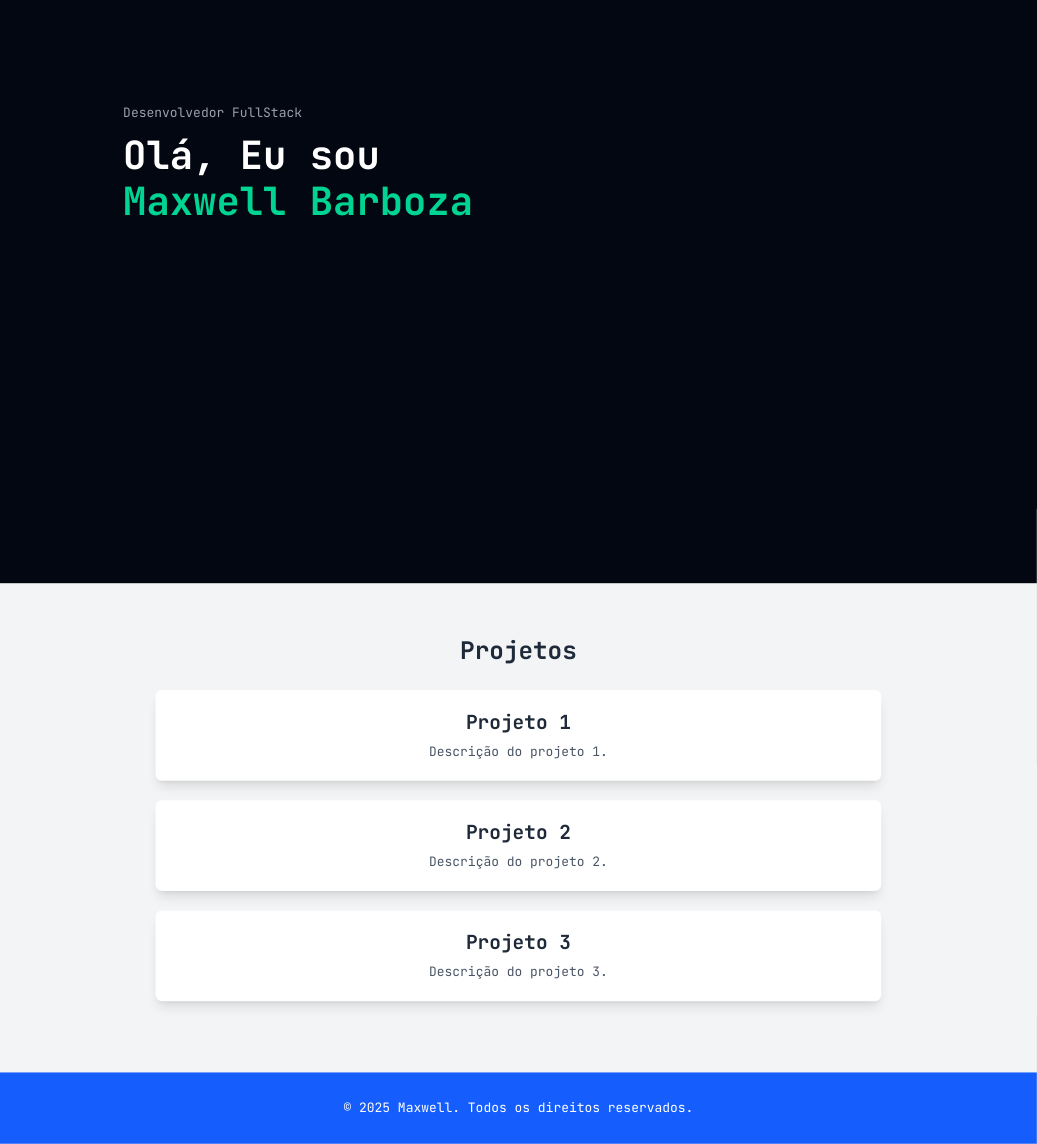
Repository: maxwelllbarboza/pagina-pessoal
Page: /
These files come from the project's save history. The page is drawn as it stood at one moment and after the next save; the edit follows.
The browser window is 1280 px wide. The pictures show the whole page, at 81% of full size.
The project was rebuilt for these pictures with package versions that can differ from the ones it lists, and the page was loaded fresh each time. The framework's server and built-in components were replaced by stand-ins that run in the browser. Also part of the build but not shown: next.config.mjs, next.config.ts.

Above is the page before, as saved 2025-02-27 11:08:26.

### src/app/layout.tsx
import * as React from 'react';
import {JetBrains_Mono} from "next/font/google"
import './globals.css'

const jetBrainsMono = JetBrains_Mono({
  subsets: ["latin"],
  weight: ["400", "700"],
  variable: "--font-jetbrains-mono"
})

export default function RootLayout({
  children,
}: Readonly<{
  children: React.ReactNode;
}>) {
  return (
    <html lang="en">
      <body className={jetBrainsMono.className}>
        <main className="min-h-screen">
          {children}
        </main>
      </body>
    </html>
  );
}

### src/app/page.tsx
import SobreMim from "@/components/sobremim/SobreMim";
import Head from "next/head";

const skills = ['Kotlin', 'Node.js', 'Python', 'React', 'Next.js', 'AWS', 'SQL'];

const projects = [
  { title: 'Sistema de Frete', description: 'Gerenciamento de transportes e pagamentos.', image: '/frete.png' },
  { title: 'Naval Battle Game', description: 'Jogo de batalha naval interativo.', image: '/naval.png' },
  { title: 'Sistema de Estoque', description: 'Gestão de bebidas e inventário.', image: '/estoque.png' }
];

export default function Home() {
  return (
    <div className="bg-gray-100 min-h-screen">
    <Head>
      <title>Portfólio de Maxwell</title>
      <meta name="description" content="Portfólio pessoal de Maxwell" />
      <link rel="icon" href="/favicon.ico" />
    </Head>

    {/* Sobre mim */}
    <SobreMim/>




    {/* Projetos */}
    <section className="py-16 text-center">
      <h2 className="text-3xl font-semibold text-gray-800">Projetos</h2>
      <div className="mt-8 max-w-4xl mx-auto">
        <div className="bg-white p-6 mb-6 shadow-lg rounded-lg">
          <h3 className="text-2xl font-semibold text-gray-800">Projeto 1</h3>
          <p className="mt-2 text-gray-600">Descrição do projeto 1.</p>
        </div>
        <div className="bg-white p-6 mb-6 shadow-lg rounded-lg">
          <h3 className="text-2xl font-semibold text-gray-800">Projeto 2</h3>
          <p className="mt-2 text-gray-600">Descrição do projeto 2.</p>
        </div>
        <div className="bg-white p-6 mb-6 shadow-lg rounded-lg">
          <h3 className="text-2xl font-semibold text-gray-800">Projeto 3</h3>
          <p className="mt-2 text-gray-600">Descrição do projeto 3.</p>
        </div>
      </div>
    </section>

    {/* Footer */}
    <footer className="bg-blue-600 text-white text-center py-8">
      <p>&copy; 2025 Maxwell. Todos os direitos reservados.</p>
    </footer>
  </div>

  );
}

### src/components/sobremim/SobreMim.tsx
'use client'
import { animate, motion } from "framer-motion"

export default function SobreMim(){
    return(
        <section className="min-h-screen bg-gray-950 text-white pt-20">
            <div className="max-w-5xl mx-auto px-6 py-12">
                <div className="flex flex-col-reverse lg:flex-row items-center
                justify-between gap-8 lg:gap-16">
                    <motion.div
                    initial={{opacity: 0, y:20}}
                    animate={{opacity: 1, y:0}}
                    transition={{duration: 0.5}}
                    >
                        <span className="text-gray-400 mb-4 block text lg:text-left">Desenvolvedor FullStack</span>
                        <h1 className="text-5xl font-bold mb-4 text-center lg:text-left">
                            Olá, Eu sou
                            <span className="block text-emerald-400 mt-2">Maxwell Barboza</span>
                        </h1>
                    </motion.div>
                </div>
            </div>
        </section>
    )
}

Loaded but not shown: src/app/globals.css (common file)

After the next save:
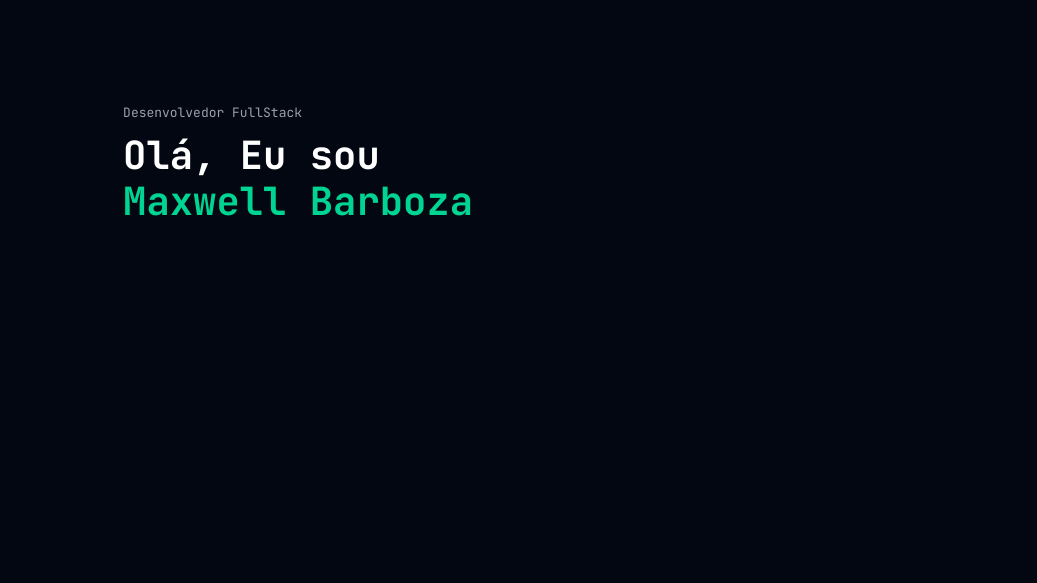
Saved 5 s later.
--- a/src/app/page.tsx
+++ b/src/app/page.tsx
@@ -24,29 +24,6 @@
 
 
 
-    {/* Projetos */}
-    <section className="py-16 text-center">
-      <h2 className="text-3xl font-semibold text-gray-800">Projetos</h2>
-      <div className="mt-8 max-w-4xl mx-auto">
-        <div className="bg-white p-6 mb-6 shadow-lg rounded-lg">
-          <h3 className="text-2xl font-semibold text-gray-800">Projeto 1</h3>
-          <p className="mt-2 text-gray-600">Descrição do projeto 1.</p>
-        </div>
-        <div className="bg-white p-6 mb-6 shadow-lg rounded-lg">
-          <h3 className="text-2xl font-semibold text-gray-800">Projeto 2</h3>
-          <p className="mt-2 text-gray-600">Descrição do projeto 2.</p>
-        </div>
-        <div className="bg-white p-6 mb-6 shadow-lg rounded-lg">
-          <h3 className="text-2xl font-semibold text-gray-800">Projeto 3</h3>
-          <p className="mt-2 text-gray-600">Descrição do projeto 3.</p>
-        </div>
-      </div>
-    </section>
-
-    {/* Footer */}
-    <footer className="bg-blue-600 text-white text-center py-8">
-      <p>&copy; 2025 Maxwell. Todos os direitos reservados.</p>
-    </footer>
   </div>
 
   );
